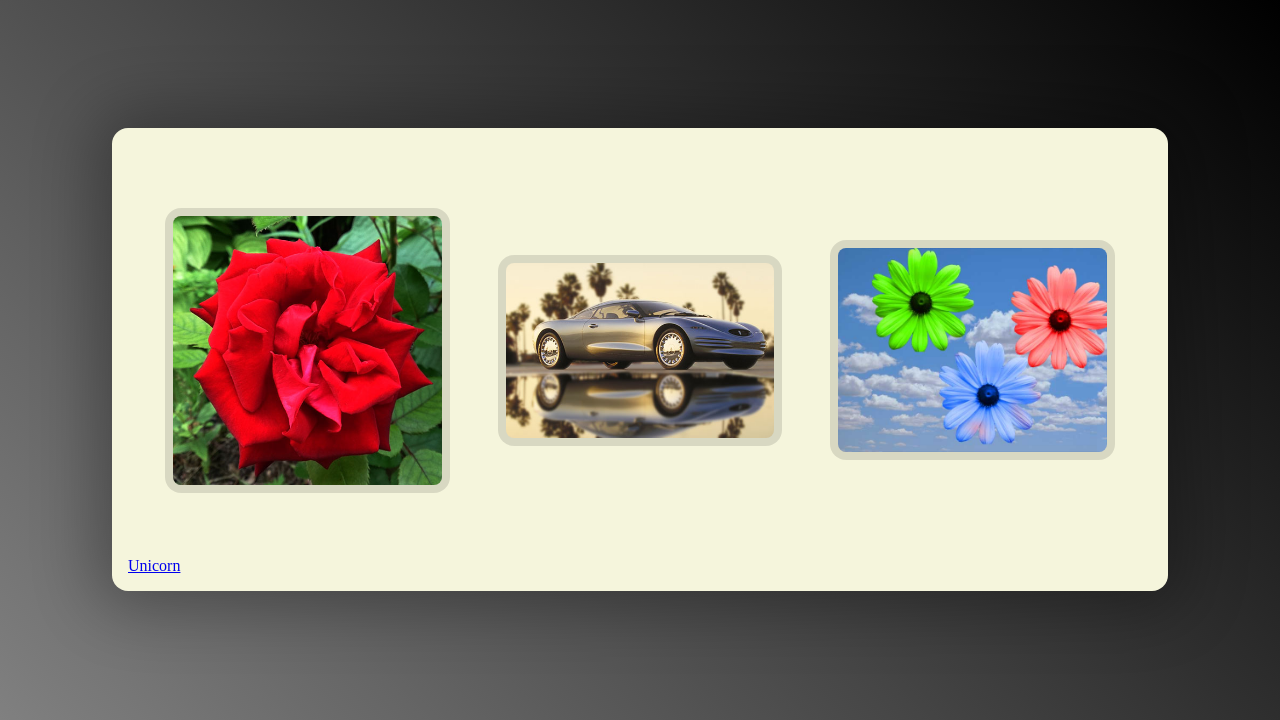
Repository: ViggoSkj/VGY
Page: ovningar/photoshopovning/photoshopovning.html
An editor plug-in stored every save of this project. The page is shown before and after the next save, followed by the edit.
The browser window is 1280 px wide. The pictures show the whole page.

Above is the page before, as saved 2022-11-27 12:13:52.

After the next save:
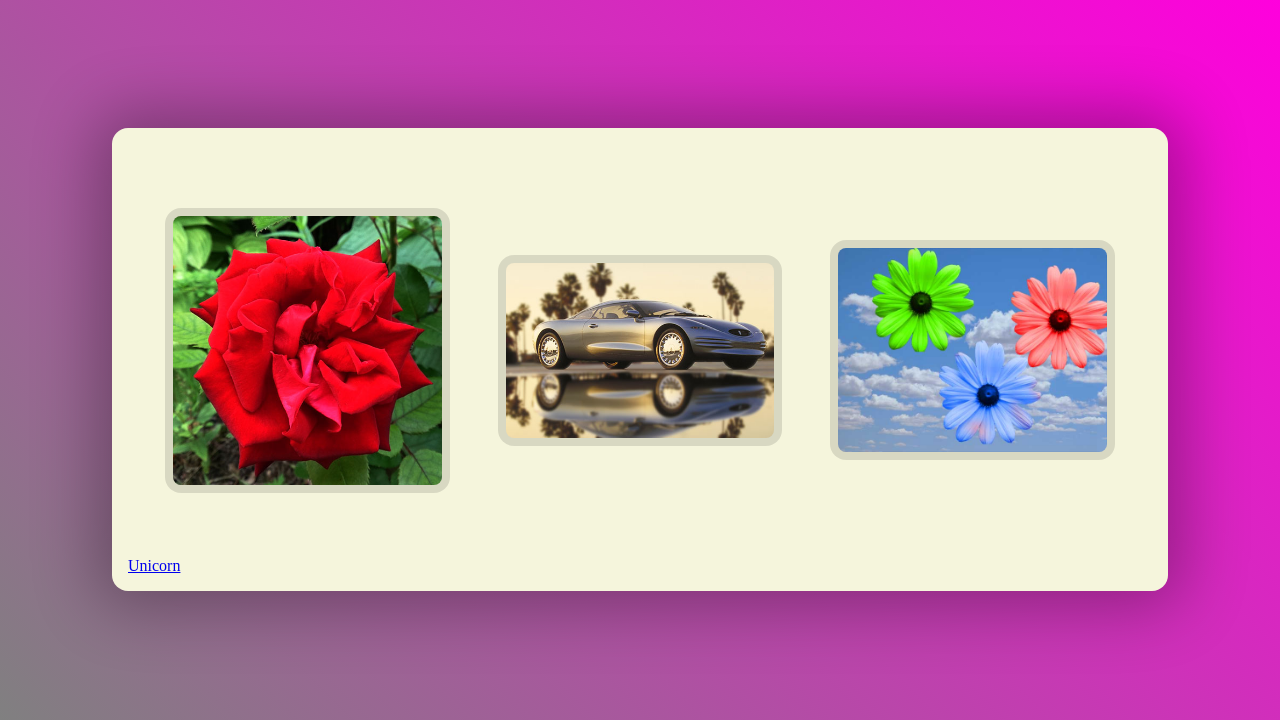
Saved 13 s later.
--- a/ovningar/photoshopovning/public/css/style.css
+++ b/ovningar/photoshopovning/public/css/style.css
@@ -1,6 +1,6 @@
 body
 {
-    background-image: linear-gradient(45deg, gray, black);
+    background-image: linear-gradient(45deg, gray, rgb(255, 0, 221));
     display: flex;
     height: 100%;
     margin: 0;
